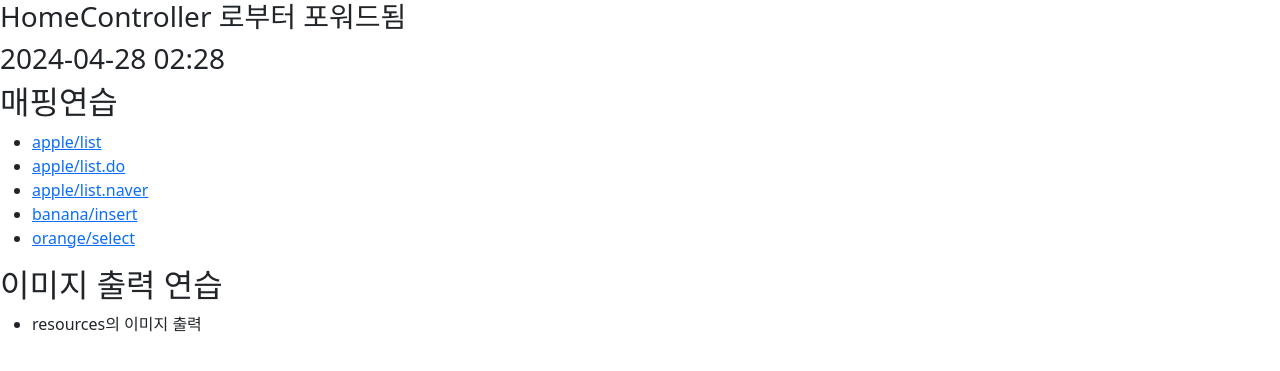
Repository: handongheee/Sist0103Project
Page: http://localhost/SpringMvcEx03/
These files come from the project's save history. The page is drawn as it stood at one moment and after the next save; the edit follows.
The browser window is 1280 px wide. The pictures show the whole page.
Some web fonts or font styles are not loaded; a fallback is used. The page is served by Tomcat 9. The template is opened directly, without the code that normally fills it, so the values that code supplies are empty.

Above is the page before, as saved 2024-05-02 02:15:42.

After the next save:
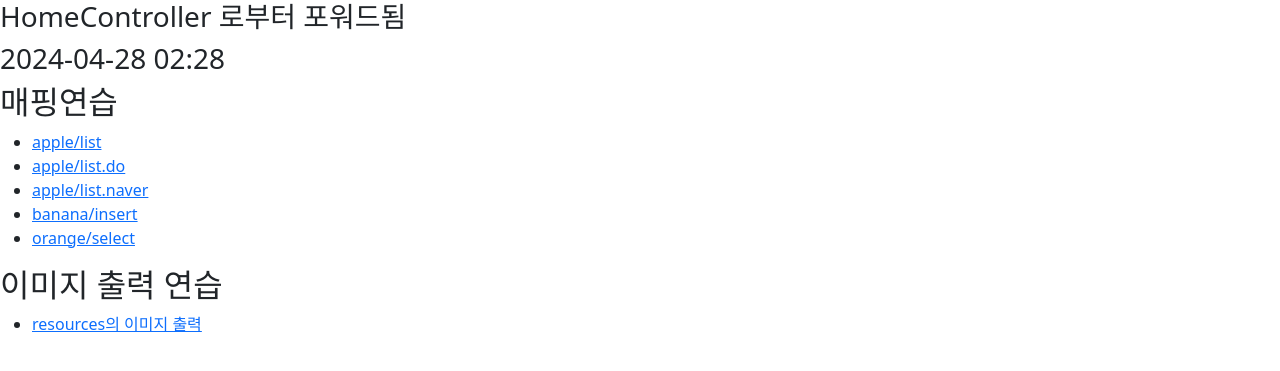
Saved 21 s later.
--- a/sts3work/SpringMvcEx03/src/main/webapp/WEB-INF/day0502/home.jsp
+++ b/sts3work/SpringMvcEx03/src/main/webapp/WEB-INF/day0502/home.jsp
@@ -29,7 +29,7 @@ rel="stylesheet">
 
 	<h2>이미지 출력 연습</h2>
 	<ul>
-		<li>resources의 이미지 출력</li>
+		<li><a href="shop/detail">resources의 이미지 출력</a></li>
 	</ul>
 </body>
 </html>
